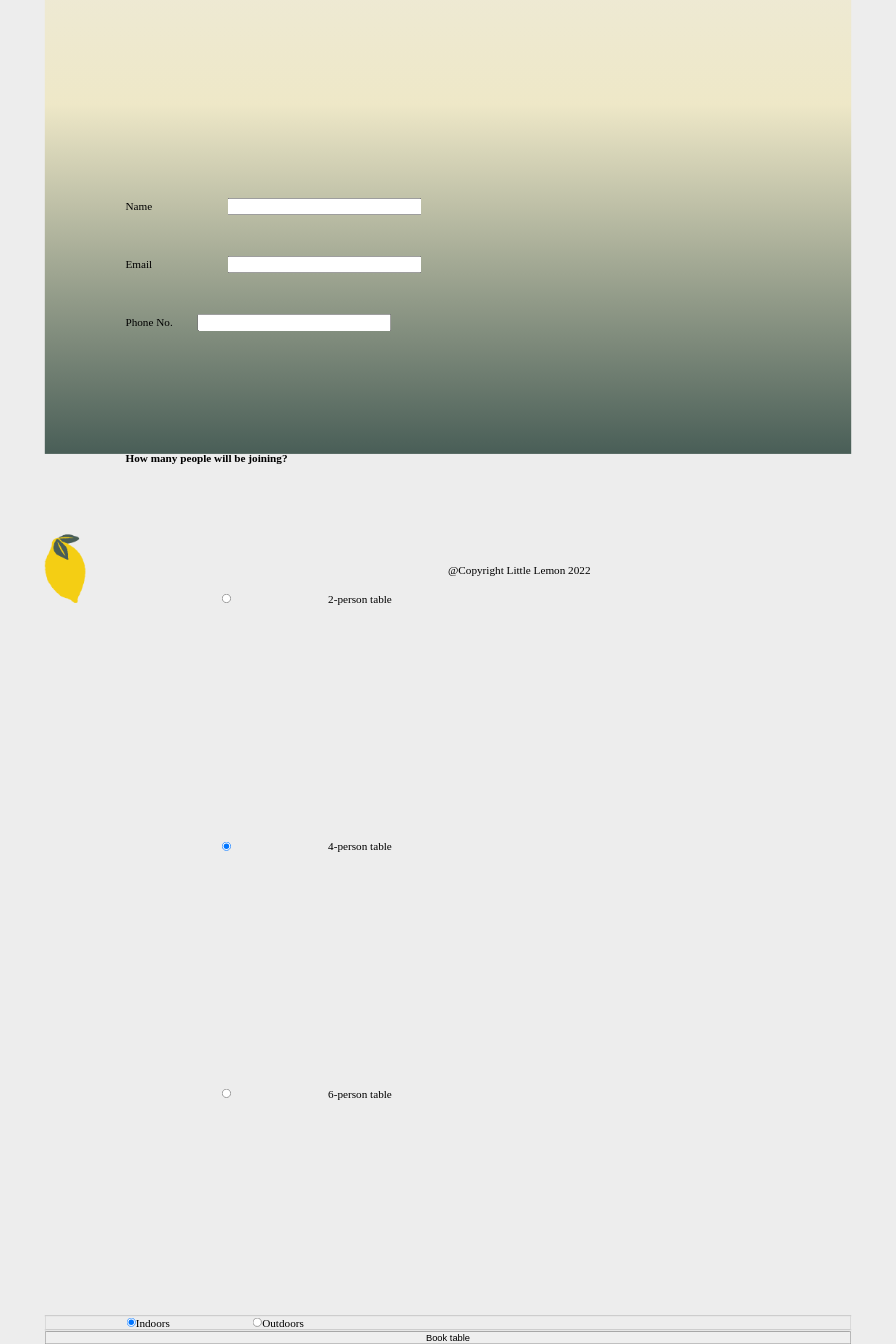
Repository: klone007/littleLemon
Page: index.html
An editor plug-in stored every save of this project. The page is shown before and after the next save, followed by the edit.
The browser window is 1280 px wide. The pictures show the part of the page from y = 3319 to 5239 px (the page is 5239 px tall before and 4686 px after), at 70% of full size.
A picture or video elsewhere on the page could not be fetched, so the positions and the page height are approximate. Backgrounds fixed to the window are drawn as part of the page.

Above is the page before, as saved 2022-11-17 13:35:30.

After the next save:
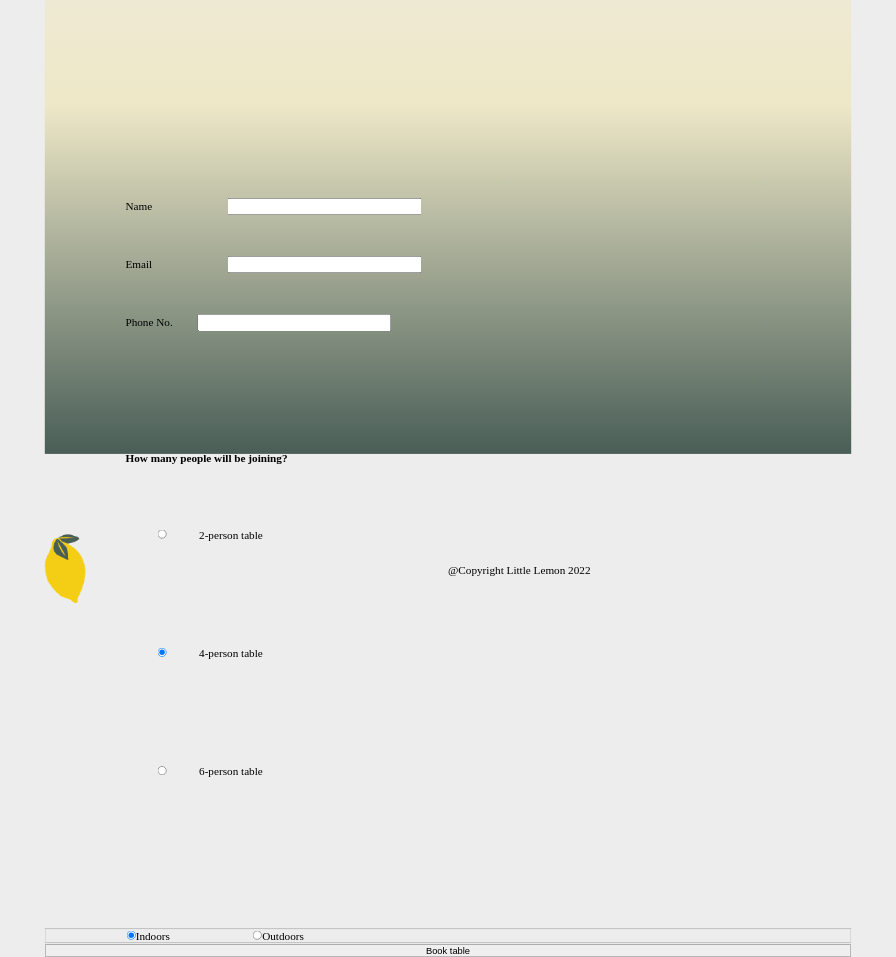
Saved 10 s later.
--- a/styles.css
+++ b/styles.css
@@ -515,7 +515,7 @@
 }
 
 input[name=size] {
-    margin:15%;
+    margin:5%;
 }
 
 #user_Name{
